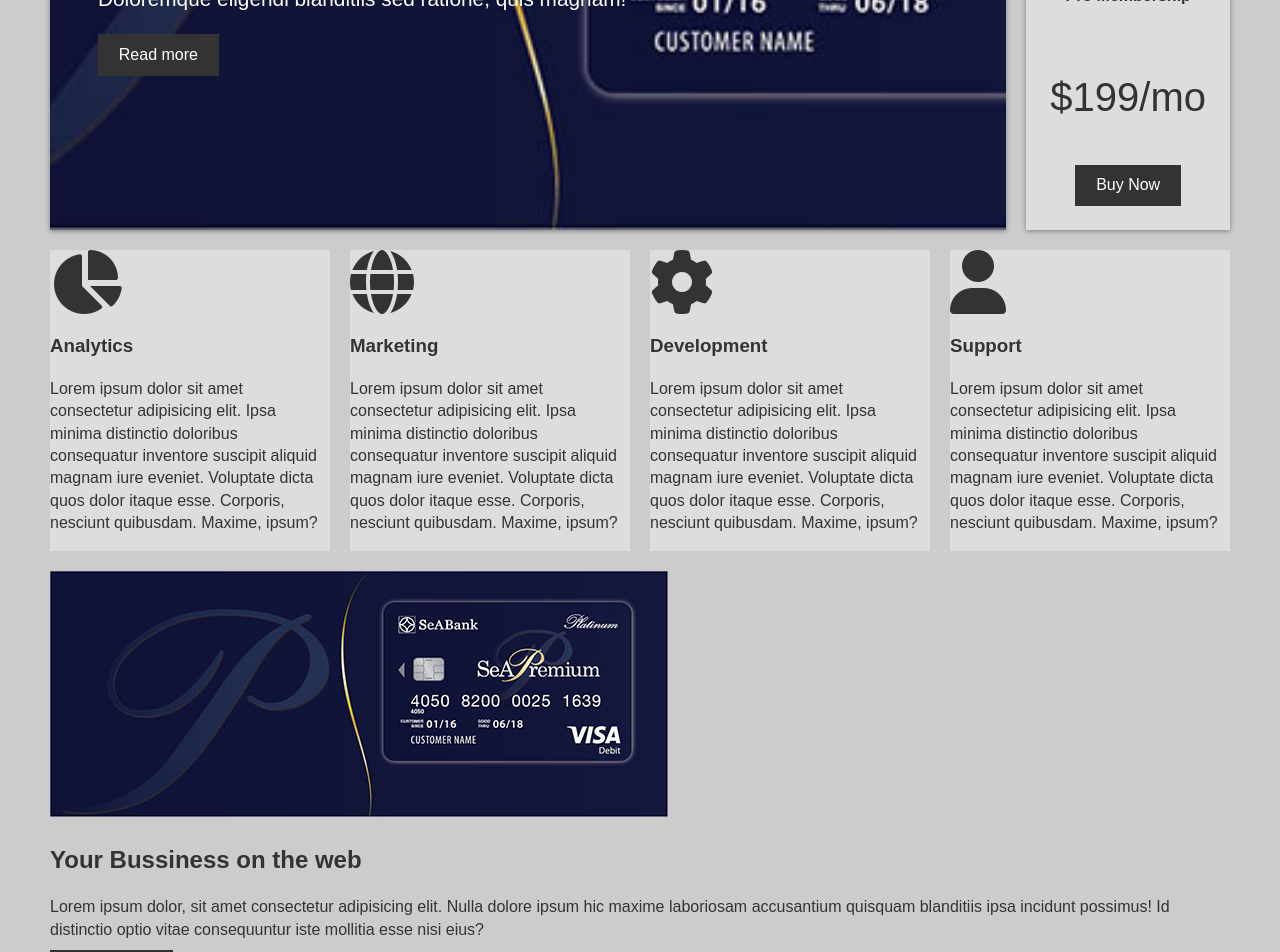
Repository: 1813404040072/grid-demo
Page: index.html
The author's editor kept a copy of each file at every save. The page is drawn from the files as they stood at one save, then again after a run of saves.
The browser window is 1280 px wide. The pictures show the part of the page from y = 503 to 1455 px (the page is 2020 px tall before and 2135 px after).
Some web libraries are served in a nearby version.

Above is the page before, as saved 2019-12-25 01:07:53.

### index.html
<!DOCTYPE html>
<html lang="en">
<head>
    <meta charset="UTF-8">
    <meta name="viewport" content="width=device-width, initial-scale=1.0">
    <meta http-equiv="X-UA-Compatible" content="ie=edge">
    <title>GridBiz</title>
    <script src="https://kit.fontawesome.com/a076d05399.js"></script>
    <link rel="stylesheet" href="style.css"/>
</head>
<body>
    <div class="wrapper">
        <!-- Navigation -->
        <nav class="main-nav">
            <ul>
                <li><a href="#">Home</a></li>
                <li><a href="#">About</a></li>
                <li><a href="#">Service</a></li>
                <li><a href="#">Contact</a></li>
            </ul>
        </nav>
        <!-- Top container -->
        <section class="top-container">
            <header class="showcase">
                <h1>Your Web Presence</h1>
                <p>Lorem ipsum dolor sit amet consectetur adipisicing elit. Magnam, facilis repudiandae suscipit cum praesentium assumenda? Quaerat beatae cumque amet veritatis distinctio fuga eaque! Doloremque eligendi blanditiis sed ratione, quis magnam!</p>
                <a href="#" class="btn">Read more</a>
            </header>
            <div class="top-box top-box-a">
                <h4>Membership</h4>
                <p class="price">$199/mo</p>
                <a href="#"class="btn">Buy Now</a>
            </div>
            <div class="top-box top-box-b">
                <h4>Pro Membership</h4>
                <p class="price">$199/mo</p>
                <a href="#"class="btn">Buy Now</a>
            </div>
        </section>

        <!-- Boxes Section -->
        <section class="boxes">
            <div class="box">
                <i class="fas fa-chart-pie fa-4x"></i>
                <h3>Analytics</h3>
                <p>
                    Lorem ipsum dolor sit amet consectetur adipisicing elit. Ipsa minima distinctio doloribus consequatur inventore suscipit aliquid magnam iure eveniet. Voluptate dicta quos dolor itaque esse. Corporis, nesciunt quibusdam. Maxime, ipsum?
                </p>
            </div>
            <div class="box">
                <i class="fas fa-globe fa-4x"></i>
                <h3>Marketing</h3>
                <p>
                    Lorem ipsum dolor sit amet consectetur adipisicing elit. Ipsa minima distinctio doloribus consequatur inventore suscipit aliquid magnam iure eveniet. Voluptate dicta quos dolor itaque esse. Corporis, nesciunt quibusdam. Maxime, ipsum?
                </p>
            </div>
            <div class="box">
                <i class="fas fa-cog fa-4x"></i>
                <h3>Development</h3>
                <p>
                    Lorem ipsum dolor sit amet consectetur adipisicing elit. Ipsa minima distinctio doloribus consequatur inventore suscipit aliquid magnam iure eveniet. Voluptate dicta quos dolor itaque esse. Corporis, nesciunt quibusdam. Maxime, ipsum?
                </p>
            </div>
            <div class="box">
                <i class="fas fa-user fa-4x"></i>
                <h3>Support</h3>
                <p>
                    Lorem ipsum dolor sit amet consectetur adipisicing elit. Ipsa minima distinctio doloribus consequatur inventore suscipit aliquid magnam iure eveniet. Voluptate dicta quos dolor itaque esse. Corporis, nesciunt quibusdam. Maxime, ipsum?
                </p>
            </div>
        </section>
        <!-- Info Section -->
        <section class="info">
            <img src="img/pic1.jpg" alt="">
            <h2>Your Bussiness on the web</h2>
            <p>Lorem ipsum dolor, sit amet consectetur adipisicing elit. Nulla dolore ipsum hic maxime laboriosam accusantium quisquam blanditiis ipsa incidunt possimus! Id distinctio optio vitae consequuntur iste mollitia esse nisi eius?</p>
            <a href="#" class="btn">Learn More</a>
        </section>


        <!-- Portfolio -->
        <section class="portfolio">
            <img src="https://source.unsplash.com/random/200x200" alt="">
            <img src="https://source.unsplash.com/random/200x200" alt="">
            <img src="https://source.unsplash.com/random/200x200" alt="">
            <img src="https://source.unsplash.com/random/200x200" alt="">
            <img src="https://source.unsplash.com/random/200x200" alt="">
            <img src="https://source.unsplash.com/random/200x200" alt="">
            <img src="https://source.unsplash.com/random/200x200" alt="">
            <img src="https://source.unsplash.com/random/200x200" alt="">
            <img src="https://source.unsplash.com/random/200x200" alt="">
        </section>

        <!-- Footer -->
        <footer>
            <p>GridBiz &copy; 2019</p>
        </footer>

    </div>
    <!-- wrapper Ends -->

</body>
</html>

### style.css
/* CSS Variables */
:root {
    --primary: #ddd;
    --dark: #333;
    --light: #fff;
    --shadow: 0 1px 5px rgba(104, 104, 104, 0.8);
}

html{
    box-sizing: border-box;
    font-family: Arial, Helvetica, sans-serif;
    color: var(--dark);
}

body {
    background: #ccc;
    margin: 30px 50px;
    line-height: 1.4;
}

.btn {
    background-color: var(--dark);
    color: var(--light);
    padding: 0.6rem 1.3rem;
    text-decoration: none;
    border: 0;
}

img {
    max-width: 100%;
}

.wrapper {
    display: grid;
    grid-gap: 20px;
}


/* Mavigation */
.main-nav ul {
    display: grid;
    grid-gap: 20px;
    padding: 0;
    list-style: none;
    grid-template-columns: repeat(4, 1fr);
}

.main-nav a{
    background: var(--primary);
    display: block;
    text-decoration: none;
    padding: 0.8rem;
    text-align: center;
    color: var(--dark);
    text-transform: uppercase;
    font-size: 1.1rem;
    box-shadow: var(--shadow);
}

.main-nav a:hover {
    background: var(--dark);
    color: var(--light);
}

/* Top Container */
.top-container{
    display: grid;
    grid-gap: 20px;
    grid-template-areas:
        'showcase showcase top-box-a'
        'showcase showcase top-box-b';
}

/* Showcase */
.showcase {
    grid-area: showcase;
    min-height: 400px;
    background:url(img/pic1.jpg);
    background-size: cover;
    background-position: center;
    padding:  3rem;
    display: flex;
    flex-direction: column;
    align-items: start;
    justify-content: center;
    box-shadow: var(--shadow);
}

.showcase p {
    font-size: 1.3rem;
    margin-top: 0;
    color: var(--light);
}

.showcase h1{
    font-size: 4rem;
    margin-bottom: 0;
    color: var(--light);
}

/* Top Box */
.top-box {
    background: var(--primary);
    display: grid;
    align-items: center;
    justify-items: center;
    box-shadow: var(--shadow);
    padding: 1.5rem;
}

.top-box .price {
    font-size: 2.5rem;
}

.top-box-a {
    grid-area: top-box-a;
}

.top-box-b {
    grid-area: top-box-b;
}

/* Boxes */
.boxes {
    display: grid;
    grid-gap: 20px;
    grid-template-columns: repeat(auto-fit, minmax(200px, 1fr));
}


.box {
    background: var(--primary);
}

After the next 7 saves:
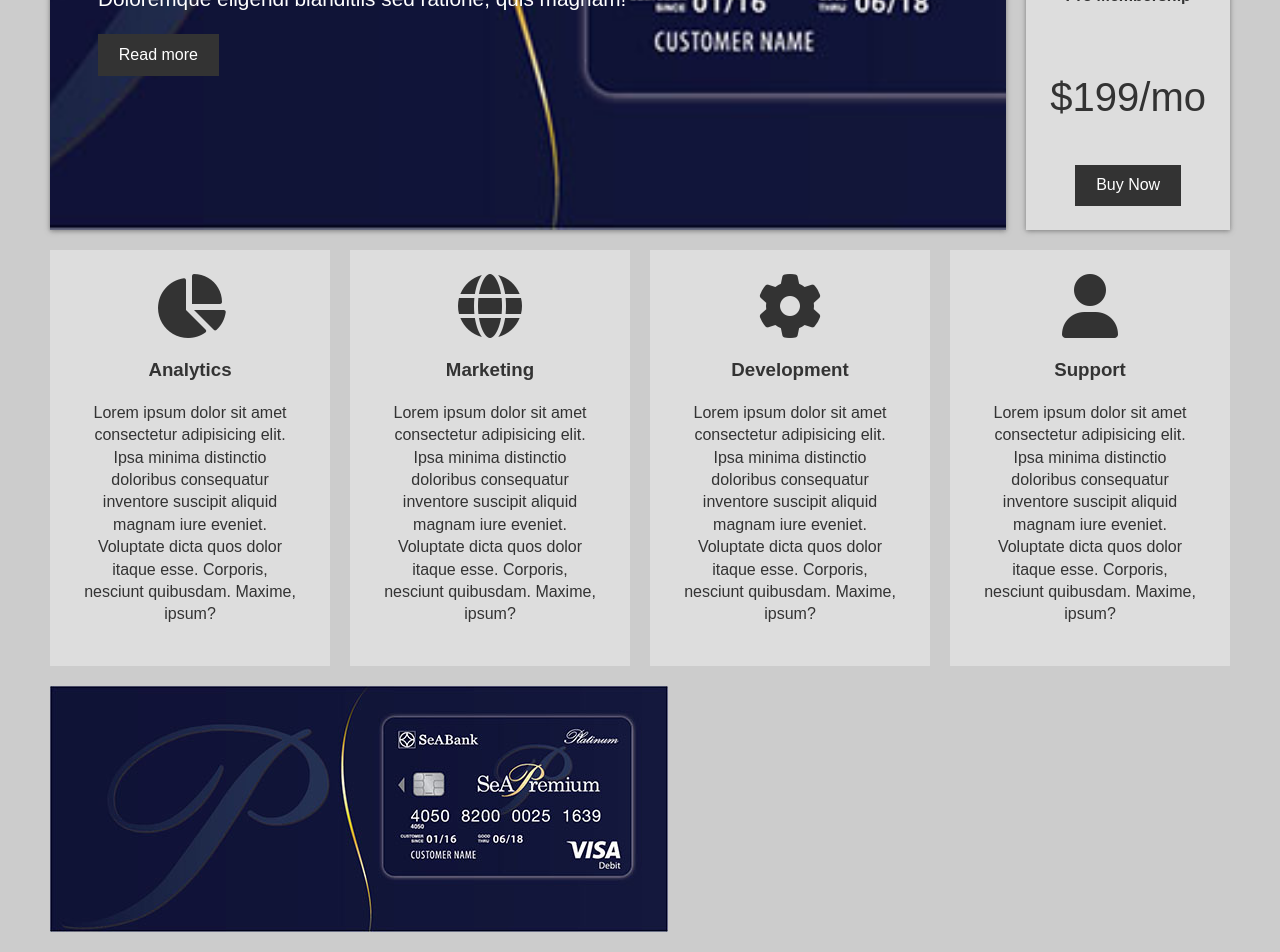
The 7 saves are shown as one change because they came seconds apart.
The last was saved 17 s later.
--- a/style.css
+++ b/style.css
@@ -130,4 +130,6 @@
 
 .box {
     background: var(--primary);
+    text-align: center;
+    padding: 1.5rem 2rem;
 }
